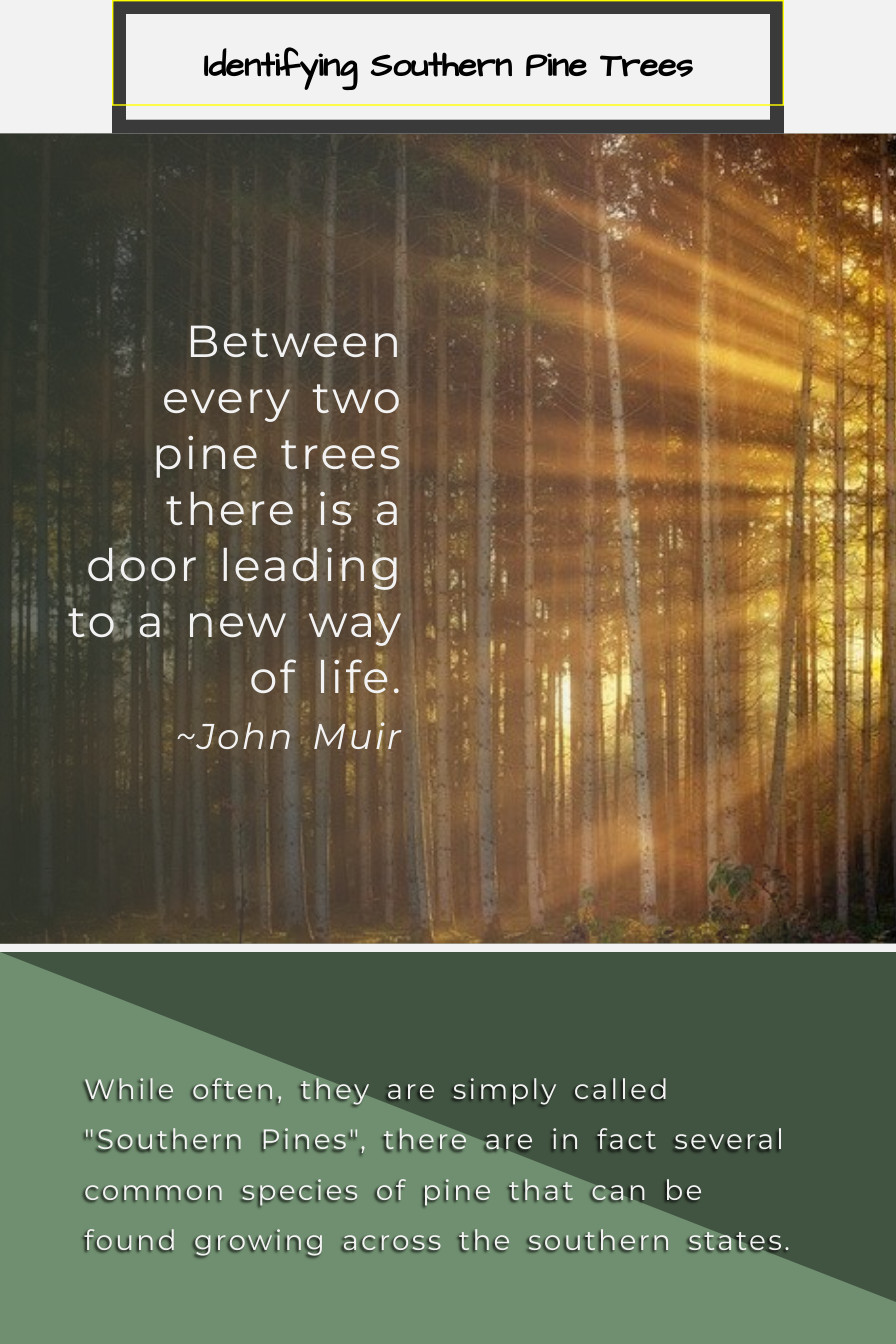
Repository: Sbethm/louisianaPineTrees
Page: pine_main.html
These files come from the project's save history. The page is drawn as it stood at one moment and after the next save; the edit follows.
The browser window is 1280 px wide. The pictures show the part of the page from y = 0 to 1920 px (the page is 3023 px tall), at 70% of full size.
The style sheet was rebuilt from its Sass, Less or Tailwind sources for each picture, by a compiler version that may differ from the author's.

Above is the page before, as saved 2021-09-24 10:56:34.

### pine_main.html
<!DOCTYPE html>
<html lang="en">
<head>
    <meta charset="UTF-8">
    <meta http-equiv="X-UA-Compatible" content="IE=edge">
    <meta name="viewport" content="width=device-width, initial-scale=1.0">
    <link rel="preconnect" href="https://fonts.googleapis.com">
    <link rel="preconnect" href="https://fonts.gstatic.com" crossorigin>
    <link href="https://fonts.googleapis.com/css2?family=Architects+Daughter&family=Montserrat:ital,wght@0,400;0,500;0,700;1,400;1,500;1,700&display=swap" rel="stylesheet">
    <!--
        headerFont: 'Architects Daughter', cursive;
        mainFont: 'Montserrat', sans-serif;
    -->
    <link rel="stylesheet" href="./CSS/main.css">
    <title>Louisiana Pine Trees</title>
</head>
<body>
    <header>
        <!-- <a href="#" class="logo">
            SarahMoosa
        </a> -->
        <h1>Identifying Southern Pine Trees</h1>
    </header>
    <main>
        <div class="hero-container container">
            <div class="hero__background-grad">
                <p class="hero__quote">Between every two pine trees there is a door leading to a new way of life. <br><cite>John Muir</cite></p>
            </div>
        </div>
        <div class="container triangle-bg">
            <div class="triangle-left"></div>
            <div class="triangle-right"></div>
            <p class="call-to-action">While often, they are simply called "Southern Pines", there are in fact several common species of pine that can be found growing across the southern states.
            </p>
        </div>
        <div class="questions-container container">
        </div>
        <div class="results-btn btn">
                <button>Next</button>
        </div>
        <div class="results"></div>

    </main>
    <script src="apps.js"></script>
</body>

### apps.js
const questionsArr = [
    {
        quest: "How many needles are in the bundle?",
        an: {
            a: "1",
            b: "2"
        }
    },
    {
        quest: "Blahasf?",
        an: {
            a: "trw",
            b: "fdb"
        }
    },
    {
        quest: "How many needles are in the bundle?",
        an: {
            a: "1",
            b: "2"
        }
    },
    {
        quest: "How many needles are in the bundle?",
        an: {
            a: "1",
            b: "2"
        }
    },
    {
        quest: "How many needles are in the bundle?",
        an: {
            a: "1",
            b: "2"
        }
    }
];

const questCont = document.querySelector('.questions-container');
const quest = document.querySelector('.question');
const options = document.querySelector('.options');
const nextBtn = document.querySelector('button');

let num = 0;

window.addEventListener('load', () => {

    let questVis = questionsArr[num];
    questCont.innerHTML =
                `<section class="question-wrapper">
                    <div class="question">
                        <p class="question__text">${questVis.quest}</p>
                    </div>
                    <div class="options">
                        <div class="answer"><p>${questVis.an.a}</p></div>
                        <div class="answer"><p>${questVis.an.b}</p></div>
                    </div>
                </section>
                `;

})

nextBtn.addEventListener('click', () => {
    num++;

    let questVis = questionsArr[num];
    questCont.innerHTML =
                `<section class="question-wrapper">
                    <div class="question">
                        <p class="question__text">${questVis.quest}</p>
                    </div>
                    <div class="options">
                        <div class="answer"><p>${questVis.an.a}</p></div>
                        <div class="answer"><p>${questVis.an.b}</p></div>
                    </div>
                </section>
                `;

})

### src/scss/main.scss
@import "./variables", "./mixins", "./normalize";


// ============ GLOBAL STYLES ============
*, *::before, *::after {
    box-sizing: border-box;
}

body {
    margin: 0;
    background-color: $mainColorLi;
}

header {

}

h1{
    position: relative;
    margin: 0 auto;
    padding: 1em;
    width: 75%;
    font-family: $headerFont;
    font-size: 3rem;
    text-align: center;
    background-color: $mainColorLi;
    border: 20px solid #3a3a3a;

    &::after {
        content: "";
        position: absolute;
        width: calc(100% + 40px);
        height: 100%;
        border:2px solid yellow;
        top: -20px;
        left: -20px;
    }
}

p {
    margin: 0;
    padding: 4em 3em;
    font-family: $mainFont;
    font-size: 2.5rem;
    letter-spacing: 0.2rem;
    word-spacing: 0.5rem;
    line-height: 4.5rem;
    color: $mainColorLi;
}

.container {
    background-color: $mainColorDr;
}

// ============ HERO STYLES ============
.hero-container {
    background-image: url(../img/forest-pine.jpg);
    background-repeat: no-repeat;
    background-size: cover;
    border-bottom: 12px solid $mainColorLi;
}

.hero__background-grad {
    background: linear-gradient(90deg, rgba(57,64,53,0.7721463585434174) 0%, rgba(242,242,242,0.19791666666666663) 66%, rgba(242,242,242,0) 100%);
}

.hero__quote {
    padding: 4em 1em;
    width: 50%;
    text-align: right;
    font-size: 4rem;
    line-height: 5rem;
    letter-spacing: 0.2rem;
    word-spacing: 0.5rem;

    & cite {
        font-size: 0.8em;

        &::before {
            content: "~";
        }
    }
}


// ============ CALL-TO-ACTION STYLES ============
.call-to-action {
    border-bottom: 12px solid $mainColorLi;
}

.triangle-bg {
    display: grid;
    grid-template-columns: 100vw;
    grid-template-rows: 100%;
    align-content: center;

    & p {
        grid-row: 1 / 1;
        grid-column: 1 / 1;
        text-shadow: -3px 3px 4px #020202;
    }

    & .triangle-left{
        grid-row: 1 / 1;
        grid-column: 1 / 1;
        border-style: solid;
        border-width: 500px 0 0 100vw;
        border-color: transparent transparent transparent $acColorLi;
    }
}

.questions-container{
    padding: 3em;
    background-color: $mainColorDr;

}

.question-wrapper {
    background-color: $mainColorLi;
    box-shadow: -7px 9px 10px 0px #272626;

    & .question__text {
        padding-bottom: 0;
        font-weight: 700;
        text-align: center;
        color: $acColorLi;
    }
}

.options {
    display: flex;
    flex-direction: row;
    justify-content: center;
}

.answer {
    margin: 6em;
    padding: 0;
    width: fit-content;
    min-width: 150px;
    border-radius: 100px;
    box-shadow: -5px 5px 10px 0px #696767;
    @include transition(all .3s ease);

    & p {
        padding: 1em 2em;
        text-align: center;
        font-weight: 600;
        color: $acColorLi;
    }

    &:hover, :focus {
        background-color: #f8cb6b;
        box-shadow: -5px 5px 10px 0px #696767;
    }
}

.results-btn {
    display: flex;
    justify-content: center;
    background-color: $mainColorDr;
}

button {
    margin: 1em 0 2em 0;
    padding: 1em 3em;
    font-family: $mainFont;
    font-size: 3rem;
    letter-spacing: 0.2rem;
    font-weight: 700;
    color: $acColorLi;
    border-radius: 100px;
    box-shadow: -7px 9px 10px 0px #272626;
}




//This code was used to cause grid items to over lap. It worked very well, but I think it is unnecessary and bulkier code than I need for the result that I want.
// .intro-container {
//     display: grid;
//     grid-template-columns: 50% 50%;
//     grid-auto-rows: 100%;

//     & img {
//         grid-column: 1/3;
//         grid-row: 1;
//         display: inline;
//         max-width: 100%;
//         z-index: 1;
//     }

//     & .quote {
//         grid-column: 2/3;
//         grid-row: 1;
//         align-self: center;
//         z-index: 9;
//     }
// }

### src/scss/_variables.scss
//COLORS
$mainColorDr: hsl(120, 12%, 29%);
$mainColorLi: hsl(0, 0%, 95%);
$acColorLi: hsl(120, 12%, 50%);
$acColorDr: hsl(0, 0%, 5%);

//FONTS
$headerFont: 'Architects Daughter', cursive;
$mainFont: 'Montserrat', sans-serif;

### src/scss/_mixins.scss
// ====== Transitions ======

@mixin transition($args...) {
    transition: $args;
}


// ====== Transitions ======
// ====== Transitions ======
// ====== Transitions ======

Loaded but not shown: src/scss/_normalize.scss (common file)

After the next save:
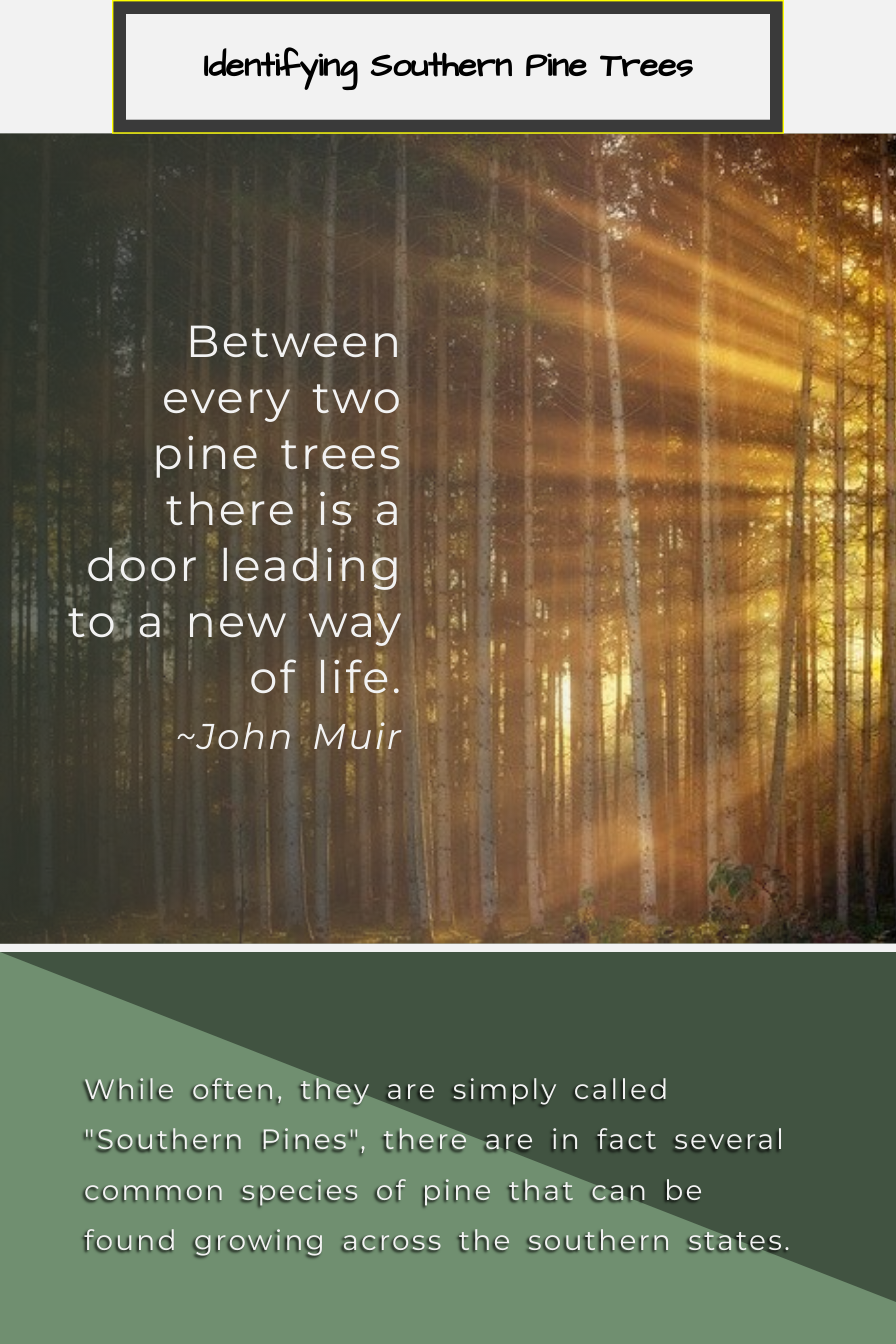
Saved 15 s later.
--- a/src/scss/main.scss
+++ b/src/scss/main.scss
@@ -30,7 +30,7 @@ h1{
         content: "";
         position: absolute;
         width: calc(100% + 40px);
-        height: 100%;
+        height: calc(100% + 40px);
         border:2px solid yellow;
         top: -20px;
         left: -20px;
